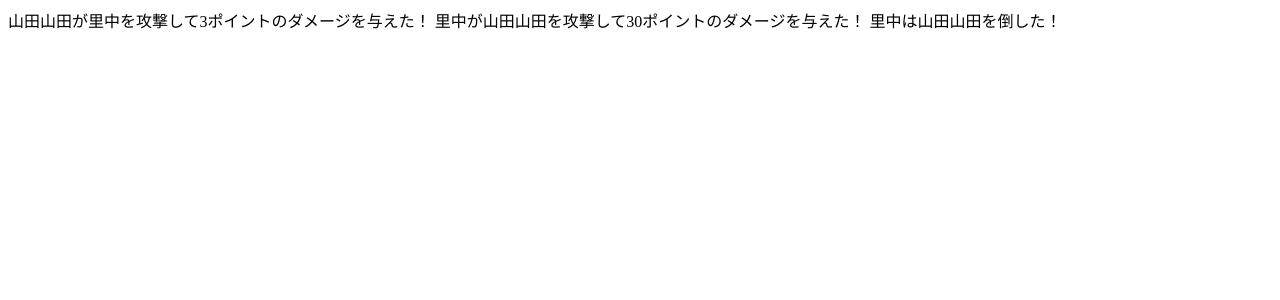
Repository: dishikawa116/monolist
Page: http://localhost/test_class.php
The author's editor kept a record of every edit. The page is drawn from the files as they stood at one moment, then again after the next edit.
The browser window is 1280 px wide. The pictures show the whole page.
The page is run by PHP 8.4 with error messages shown; the project is at /var/www/html/.

Above is the page before.

After the next edit:
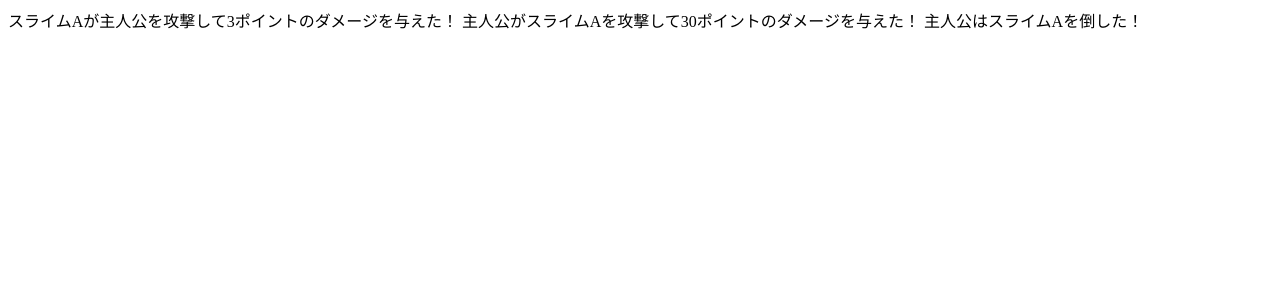
The edit:
--- a/test_class.php
+++ b/test_class.php
@@ -34,7 +34,7 @@
     public $suffix = '';
 
     function __construct($suffix) {
-        parent::__construct('山田', 10, 3);
+        parent::__construct('スライム', 10, 3);
         $this->suffix = $suffix;
     }
 
@@ -45,12 +45,12 @@
 
 class Hero extends Character {
     function __construct() {
-        parent::__construct('里中', 1000, 30);
+        parent::__construct('主人公', 1000, 30);
     }
 }
 
 $hero = new Hero();
-$slime_A = new Slime('山田');
+$slime_A = new Slime('A');
 
 $slime_A->attack($hero);
 $hero->attack($slime_A);
